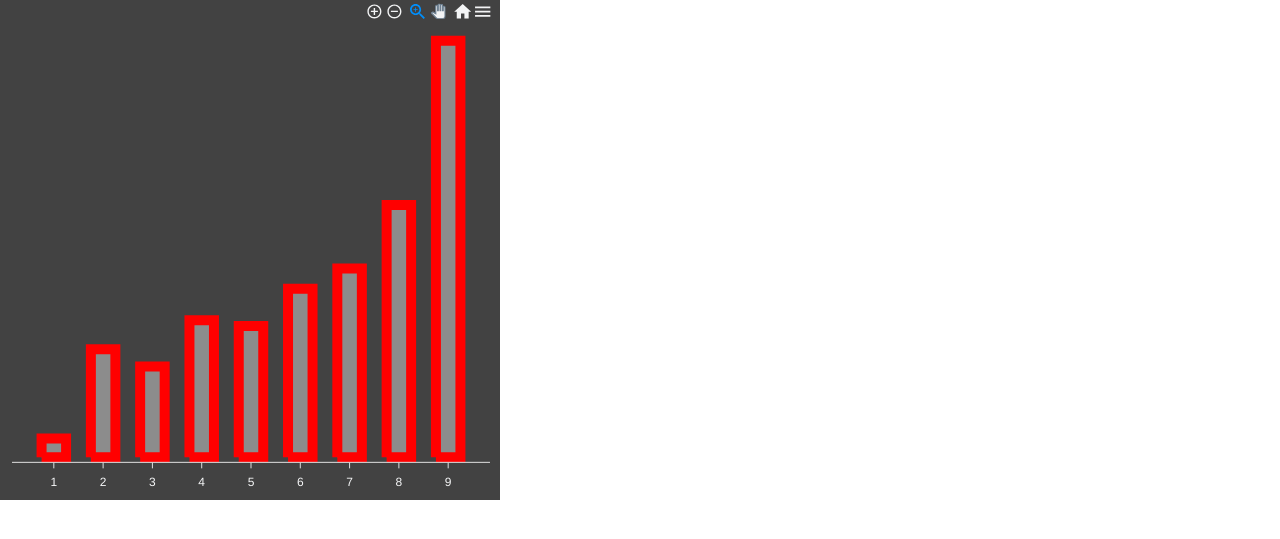
Repository: wanted-pre-onboarding-internship-1team/pre-onboarding-9th-3-1
Page: /
An editor plug-in stored every save of this project. The page is shown before and after the next save, followed by the edit.
The browser window is 1280 px wide. The pictures show the whole page.
The project was rebuilt for these pictures with package versions that can differ from the ones it lists, and the page was loaded fresh each time.

Above is the page before, as saved 2023-03-14 16:47:40.

### public/index.html
<!DOCTYPE html>
<html lang="en">

<head>
  <meta charset="utf-8" />
  <link rel="icon" href="%PUBLIC_URL%/favicon.ico" />
  <meta name="viewport" content="width=device-width, initial-scale=1" />
  <meta name="theme-color" content="#000000" />


  <title>React App</title>
</head>

<body>

  <div id="root"></div>

</body>

</html>

### src/index.tsx
import App from './App';
import './index.css';
import React from 'react';
import ReactDOM from 'react-dom/client';
import { BrowserRouter } from 'react-router-dom';

const root = ReactDOM.createRoot(
  document.getElementById('root') as HTMLElement
);
root.render(
  <BrowserRouter>
    <App />
  </BrowserRouter>
);

### src/App.tsx
import Router from './router/router';
import { createGlobalStyle } from 'styled-components';
import reset from 'styled-reset';

const GlobalStyle = createGlobalStyle`
  ${reset}
`;

function App() {
  return (
    <>
      <GlobalStyle />
      <Router />
    </>
  );
}

export default App;

### src/router/router.tsx
import Mainpage from '../pages/Mainpage';
import React from 'react';
import { Route, Routes } from 'react-router-dom';

export default function router() {
  return (
    <Routes>
      <Route path='/' element={<Mainpage />} />
    </Routes>
  );
}

### src/pages/Mainpage.tsx
import React from 'react';
import ApexCharts from 'react-apexcharts';

export default function Mainpage() {
  return (
    <div>
      <ApexCharts
        height='500'
        width='500'
        series={[
          {
            name: 'Desktops',
            type: 'column',
            data: [10, 41, 35, 51, 49, 62, 69, 91, 148],
          },
        ]}
        options={{
          theme: {
            mode: 'dark',
          },

          grid: { show: false },
          stroke: {
            curve: 'smooth',
            width: 10,
          },
          yaxis: {
            show: false,
          },

          colors: ['red'],
        }}
      />
    </div>
  );
}

Loaded but not shown: src/index.css (common file)

After the next save:
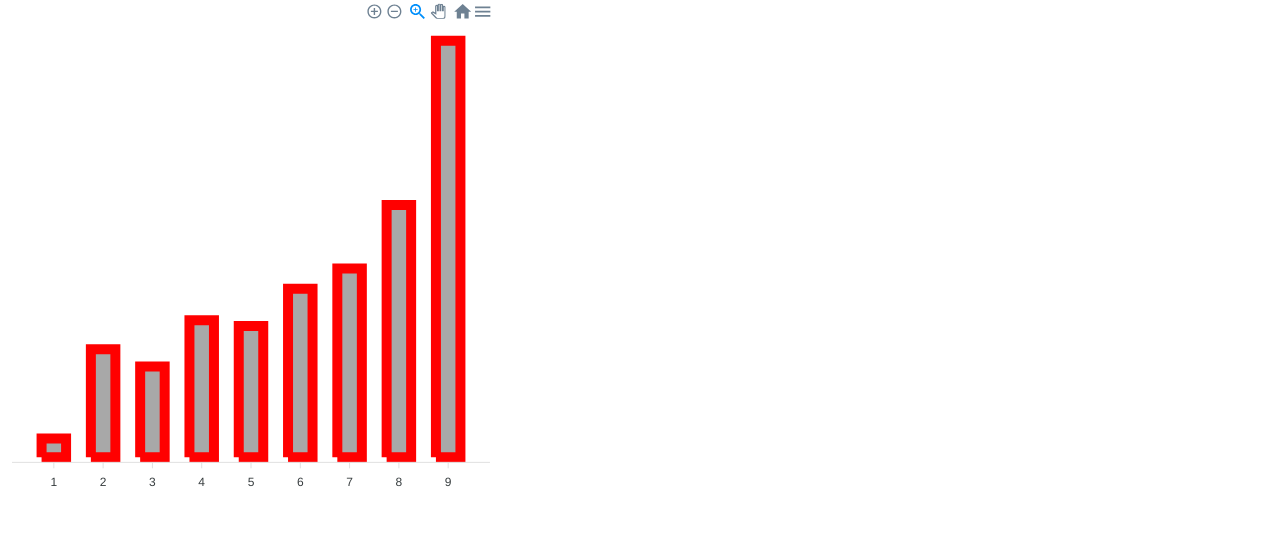
Saved 8 s later.
--- a/src/pages/Mainpage.tsx
+++ b/src/pages/Mainpage.tsx
@@ -16,7 +16,7 @@ export default function Mainpage() {
         ]}
         options={{
           theme: {
-            mode: 'dark',
+            mode: 'light',
           },
 
           grid: { show: false },
